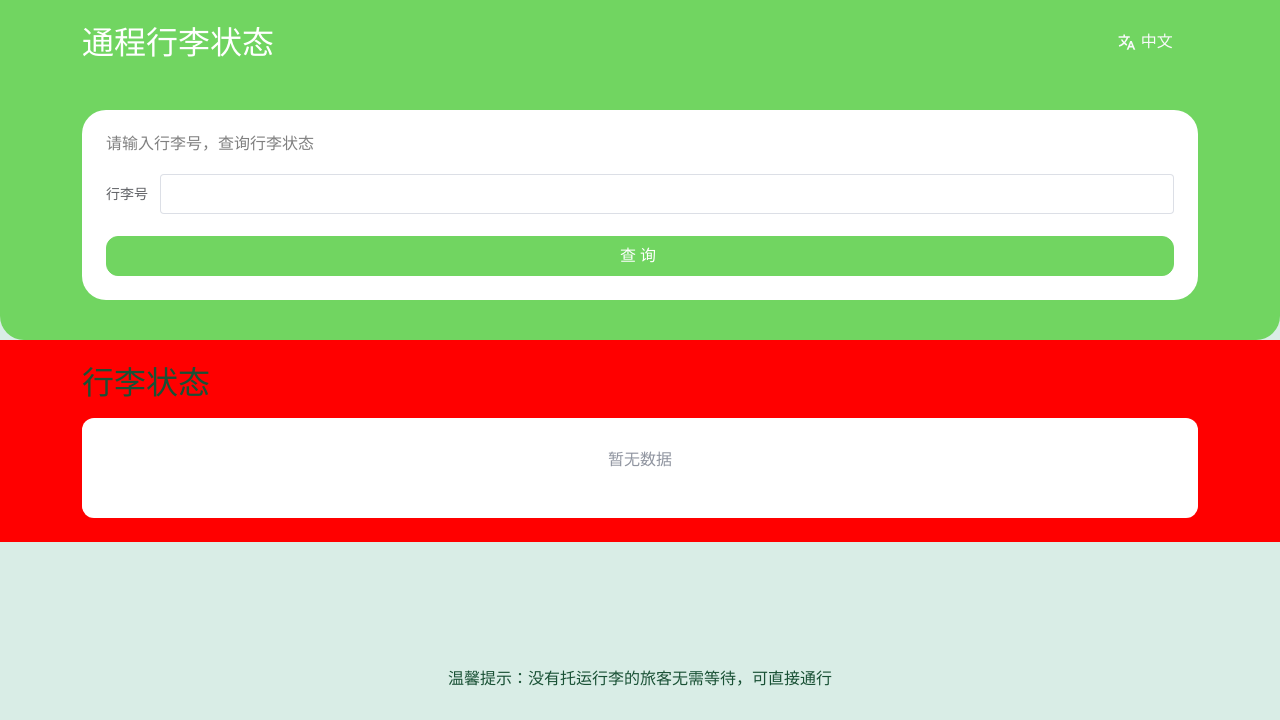
Repository: jhonMacTavish/through-baggage-web
Page: /
An editor plug-in stored every save of this project. The page is shown before and after the next save, followed by the edit.
The browser window is 1280 px wide. The pictures show the whole page.
The project was rebuilt for these pictures with package versions that can differ from the ones it lists, and the page was loaded fresh each time. Also part of the build but not shown: vite.config.js, src/components/Main copy.vue, src/components/Main.vue, src/components/NavBar.vue, src/components/Scanner.vue, src/views/Scanner.vue. Imported but missing from the stored project, and not drawn on this page: src/assets/icons/GlobeIcon.vue, src/assets/icons/LogoIcon.vue, src/assets/icons/ProfileIcon.vue, src/assets/icons/QuestionIcon.vue.

Above is the page before, as saved 2025-03-15 14:36:02.

After the next save:
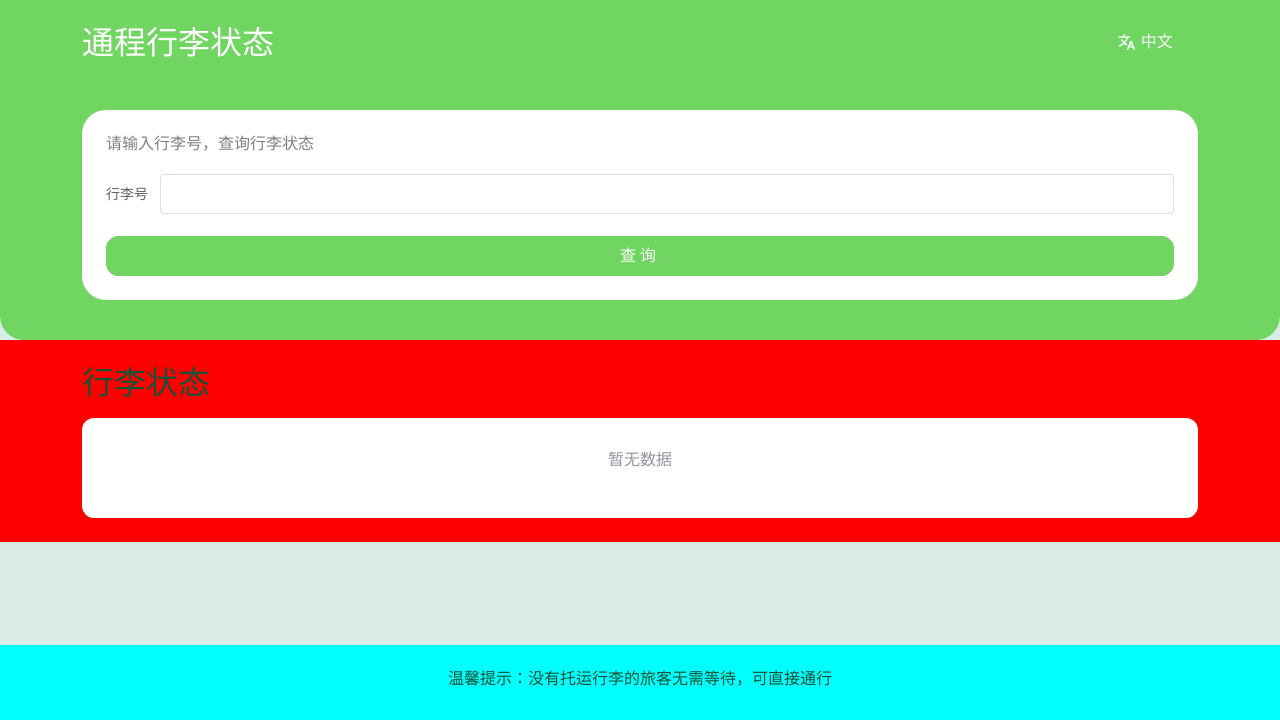
Saved 25 s later.
--- a/src/views/Home.vue
+++ b/src/views/Home.vue
@@ -134,7 +134,7 @@
     </div>
   </section>
 
-  <footer class="p-4 text-center w-100">
+  <footer class="p-4 text-center w-100" style="background-color: aqua;">
     <div class="container">
       <h6>{{ $t("messages.prompText.pageFooter") }}</h6>
     </div>
